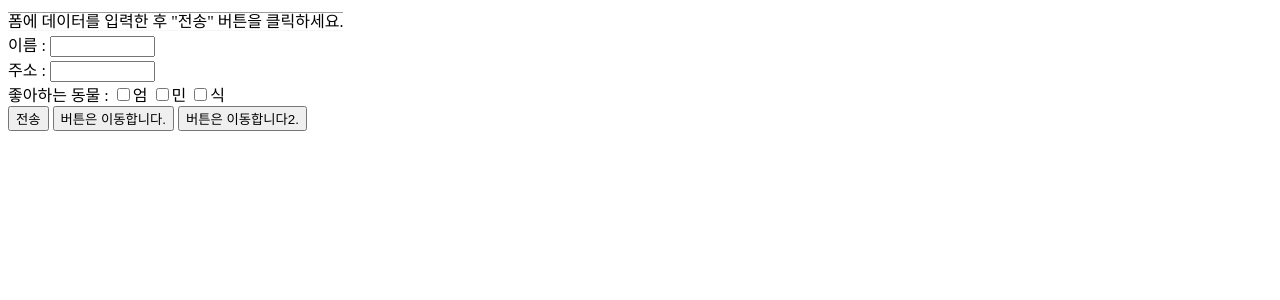
Repository: eParkjongtaek/lovedisket
Page: http://localhost/KH18_1/0905/12makeTestForm.jsp
An editor plug-in stored every save of this project. The page is shown before and after the next save, followed by the edit.
The browser window is 1280 px wide. The pictures show the whole page.
The page is served by Tomcat 9. Other server files are loaded and not shown.

Above is the page before, as saved 2017-09-05 06:08:52.

### source/KH18_1/WebContent/0905/12makeTestForm.jsp
<%@ page contentType="text/html; charset=euc-kr" %>
<html>
	<head>
		<title>폼 생성</title>
		<style>
			#test1 { border-top:1px solid #9C9C9C; border-bottom:1px solid #F6F6F6; }
		</style>
		<script src="https://ajax.googleapis.com/ajax/libs/jquery/1.12.4/jquery.min.js"></script>
		<script type="text/javascript">
			$(function () {
				$("#move").click(function () {

					$("#form1").submit();

				});
			});

			function move_submit()
			{
				$("#form1").submit();
			}

		</script>
	</head>
	<body>
		<span id="test1">폼에 데이터를 입력한 후 "전송" 버튼을 클릭하세요.</span>
		<form id="form1" action="./13viewParameter.jsp" method="post">
			이름 : <input type="text" name="name" size="10"><br/>
			주소 : <input type="text" name="address" size="10"><br/>
			좋아하는 동물 :
				<input type="checkbox" name="pet" value="엄자바">엄
				<input type="checkbox" name="pet" value="민자바">민
				<input type="checkbox" name="pet" value="식자바">식
			<br/>
			<input type="submit" value="전송">
			<input id="move" type="button" value="버튼은 이동합니다." >
			<input type="button" value="버튼은 이동합니다2." onclick="javascript:move_submit();">

		</form>
	</body>
</html>

After the next save:
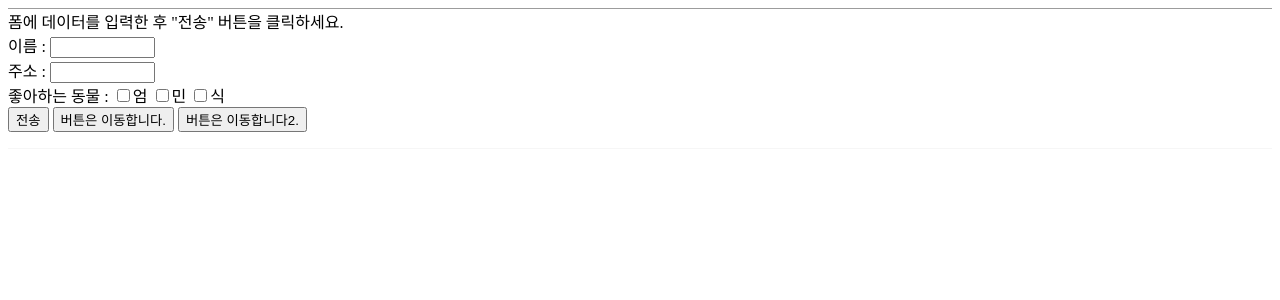
Saved 15 s later.
--- a/source/KH18_1/WebContent/0905/12makeTestForm.jsp
+++ b/source/KH18_1/WebContent/0905/12makeTestForm.jsp
@@ -23,7 +23,7 @@
 		</script>
 	</head>
 	<body>
-		<span id="test1">폼에 데이터를 입력한 후 "전송" 버튼을 클릭하세요.</span>
+		<div id="test1">폼에 데이터를 입력한 후 "전송" 버튼을 클릭하세요.</span>
 		<form id="form1" action="./13viewParameter.jsp" method="post">
 			이름 : <input type="text" name="name" size="10"><br/>
 			주소 : <input type="text" name="address" size="10"><br/>
